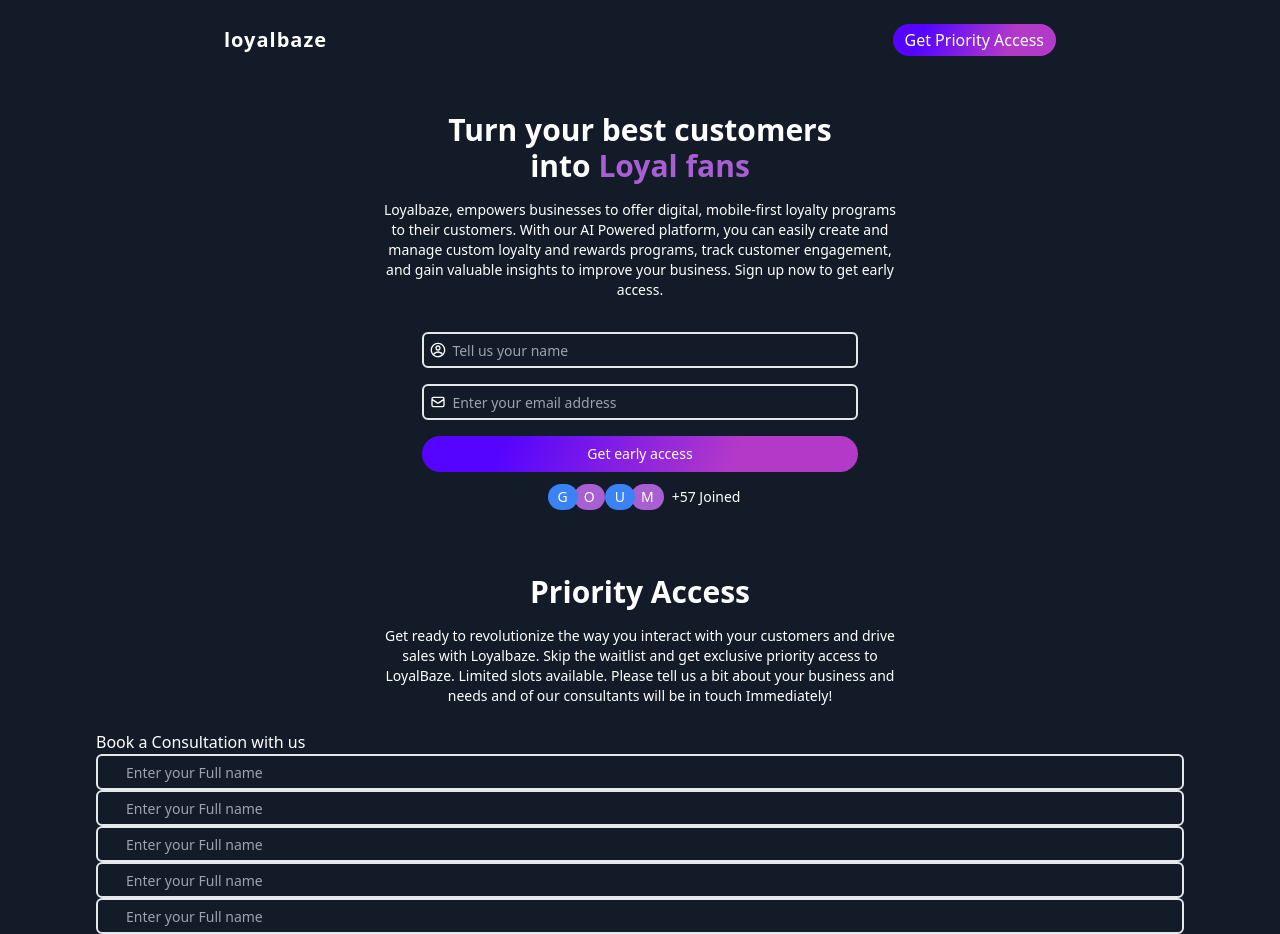
Repository: Jerified/loyalbaze
Page: /
An editor plug-in stored every save of this project. The page is shown before and after a run of saves, followed by the edit.
The browser window is 1280 px wide. The pictures show the whole page.
The project was rebuilt for these pictures with package versions that can differ from the ones it lists, and the page was loaded fresh each time. The framework's server and built-in components were replaced by stand-ins that run in the browser. Also part of the build but not shown: next.config.js.

Above is the page before, as saved 2023-02-11 07:26:04.

After the next 3 saves:
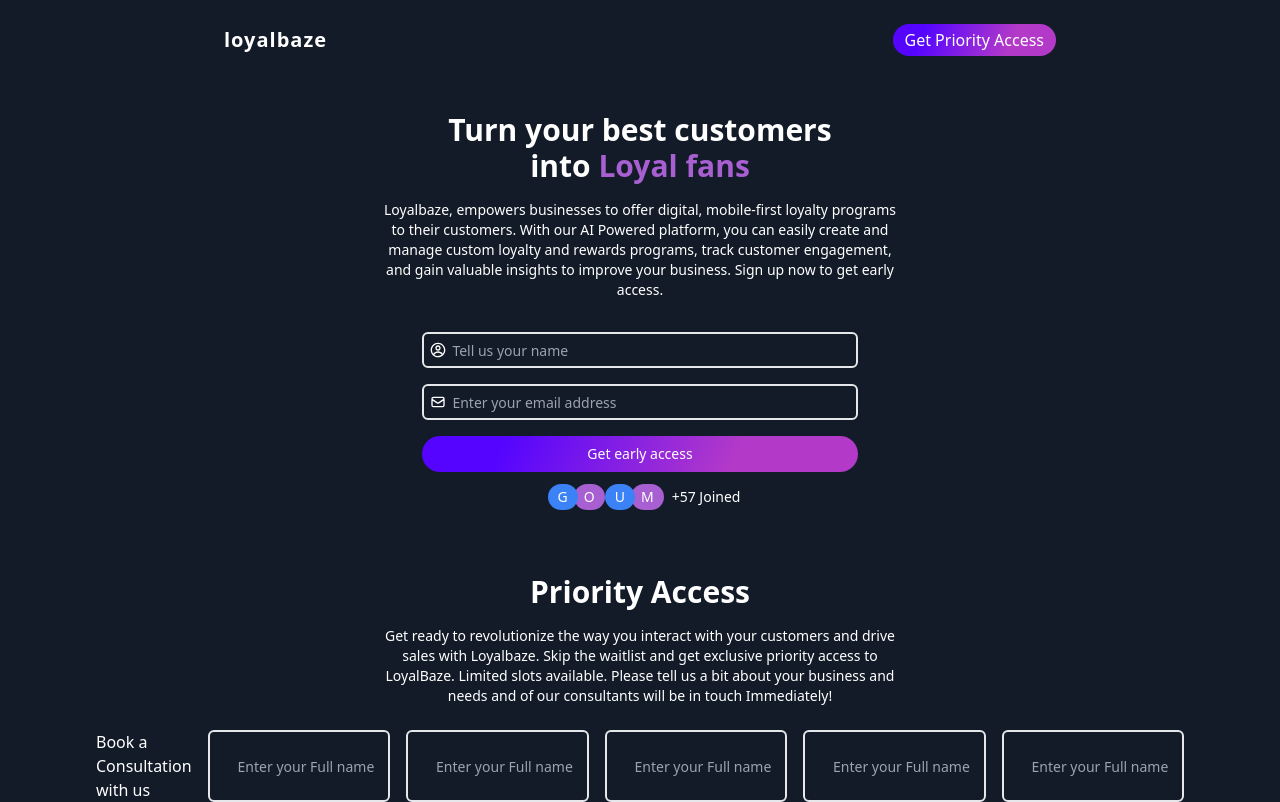
The 3 saves are shown as one change because they came seconds apart.
The last was saved 27 s later.
--- a/src/components/Form.tsx
+++ b/src/components/Form.tsx
@@ -14,7 +14,7 @@ const Form = () => {
             be in touch Immediately!
           </p>
         </div>
-        <form action="" className="pt-6">
+        <form action="" className="pt-6 flex flex-cols gap-4">
           <p className="">Book a Consultation with us</p>
           <input
             type="text"
